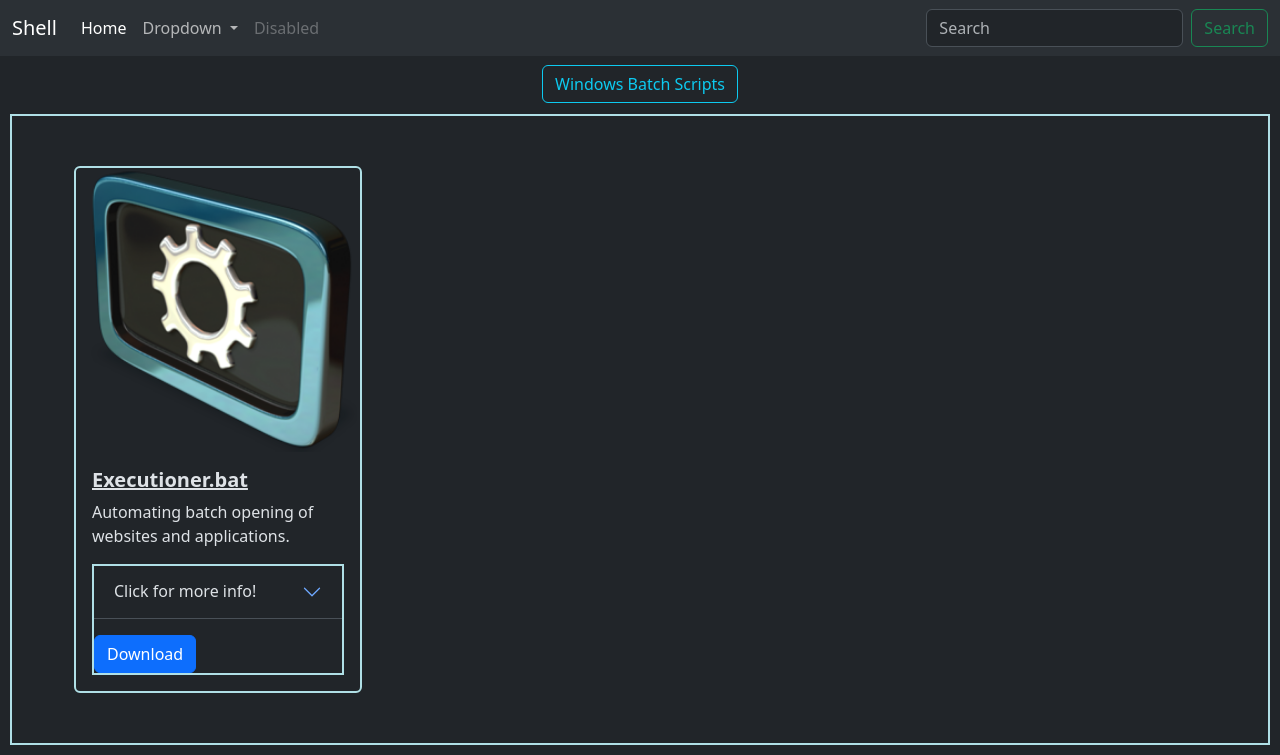
Repository: VictoriousMango/Archive
Page: index.html
The author's editor kept a copy of each file at every save. The page is drawn from the files as they stood at one save, then again after the next save.
The browser window is 1280 px wide. The pictures show the whole page.

Above is the page before, as saved 2024-06-06 01:31:30.

After the next save:
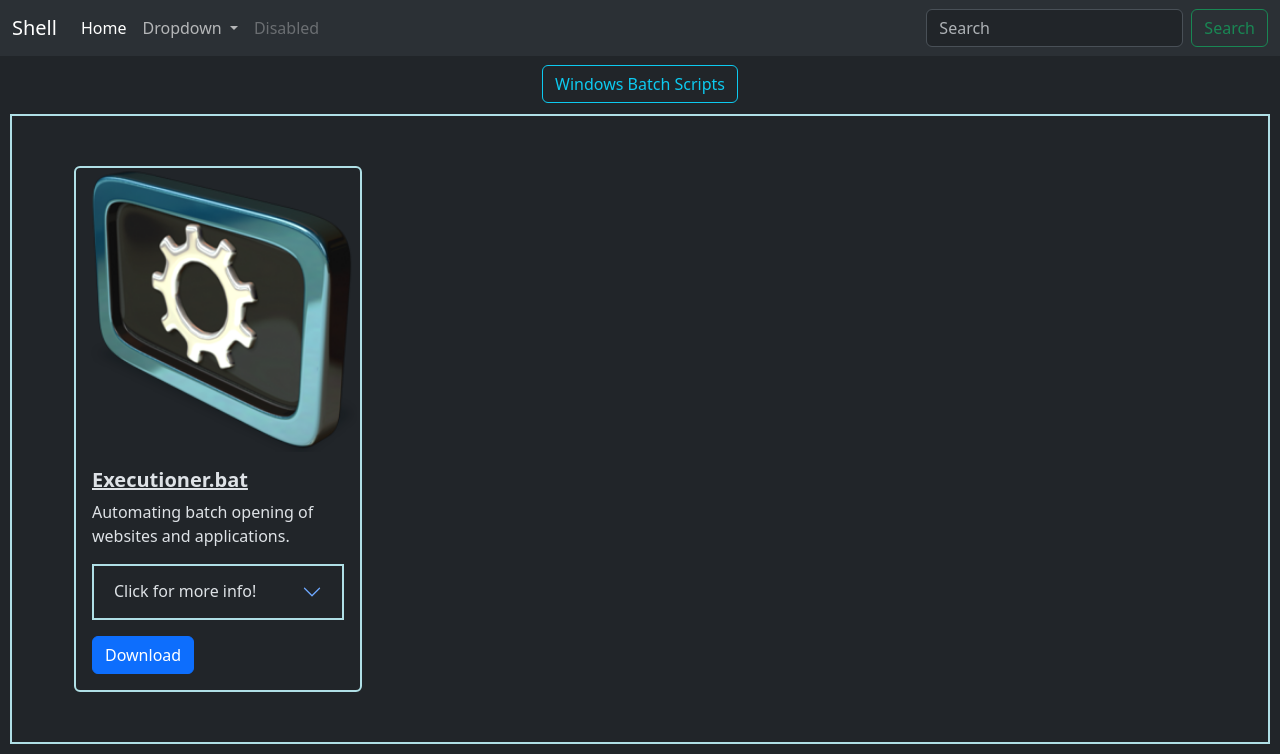
Saved 67 s later.
--- a/index.html
+++ b/index.html
@@ -50,8 +50,8 @@
                         <h5 class="card-title"><b><u>Executioner.bat</u></b></h5>
                         <p class="card-text">
                             Automating batch opening of websites and applications.
-                            <div class="accordion accordion-flush" id="accordionFlushExample" style="border: 2px solid powderblue;">
-                                <div class="accordion-item">
+                            <div class="accordion accordion-flush" id="accordionFlushExample">
+                                <div class="accordion-item" style="border: 2px solid powderblue;">
                                   <h2 class="accordion-header">
                                     <button class="accordion-button collapsed" type="button" data-bs-toggle="collapse" data-bs-target="#flush-collapseOne" aria-expanded="false" aria-controls="flush-collapseOne">
                                       Click for more info!
